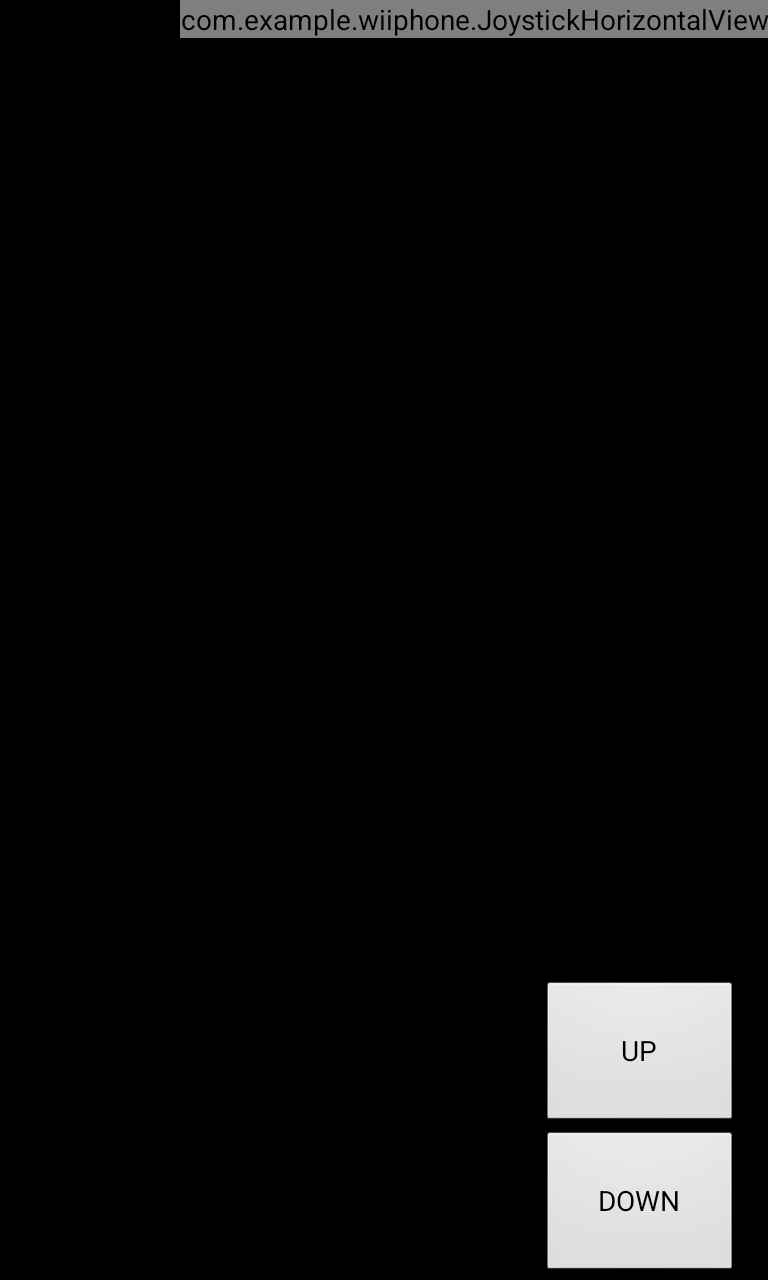
Repository: Malow/PhoneGame
Layout: Android/WiiPhone/res/layout/helicopter_main.xml
An editor plug-in stored every save of this project. The layout is shown before and after the next save, followed by the edit.
Pictures or frames that could not be fetched are drawn as grey boxes. It is drawn on a 768 x 1280 px phone screen (xhdpi) without system bars, with theme android:Theme.NoTitleBar.Fullscreen; the app's code is not run.

Above is the layout before, as saved 2013-04-22 14:13:57.

### Android/WiiPhone/res/layout/helicopter_main.xml
<?xml version="1.0" encoding="utf-8"?>
<RelativeLayout xmlns:android="http://schemas.android.com/apk/res/android"
    android:layout_width="fill_parent"
    android:layout_height="fill_parent"
    android:orientation="horizontal" >

    <com.example.wiiphone.HelicopterView
        android:id="@+id/helicopterview"
        android:layout_width="wrap_content"
        android:layout_height="wrap_content"
        android:layout_alignParentRight="true" />
    <com.example.wiiphone.JoystickHorizontalView
        android:id="@+id/joyview"
        android:layout_width="wrap_content"
        android:layout_height="wrap_content"
        android:layout_alignParentRight="true" />

    <Button
        android:id="@+id/button1"
        android:layout_width="wrap_content"
        android:layout_height="wrap_content"
        android:layout_alignParentBottom="true"
        android:layout_alignParentRight="true"
        android:layout_marginRight="14dp"
        android:height="75dp"
        android:text="@string/button_down"
        android:width="100dp" />

    <Button
        android:id="@+id/button2"
        android:layout_width="wrap_content"
        android:layout_height="wrap_content"
        android:layout_above="@+id/button1"
        android:layout_alignLeft="@+id/button1"
        android:height="75dp"
        android:text="@string/button_up"
        android:width="100dp" />

</RelativeLayout>

### Android/WiiPhone/res/values/strings.xml
<?xml version="1.0" encoding="utf-8"?>
<resources>

    <string name="app_name">WiiPhone</string>
    <string name="action_settings">Settings</string>
    <string name="hello_world">Hello world!</string>
    <string name="start_button_text">this button starts the program</string>
    <string name="choose_game_button_1">Star Chaser</string>
	<string name="choose_game_button_2">Labyrinth</string>
	<string name="choose_game_button_3">Game 3</string>
	<string name="button_up">UP</string>
	<string name="button_down">DOWN</string>
</resources>

After the next save:
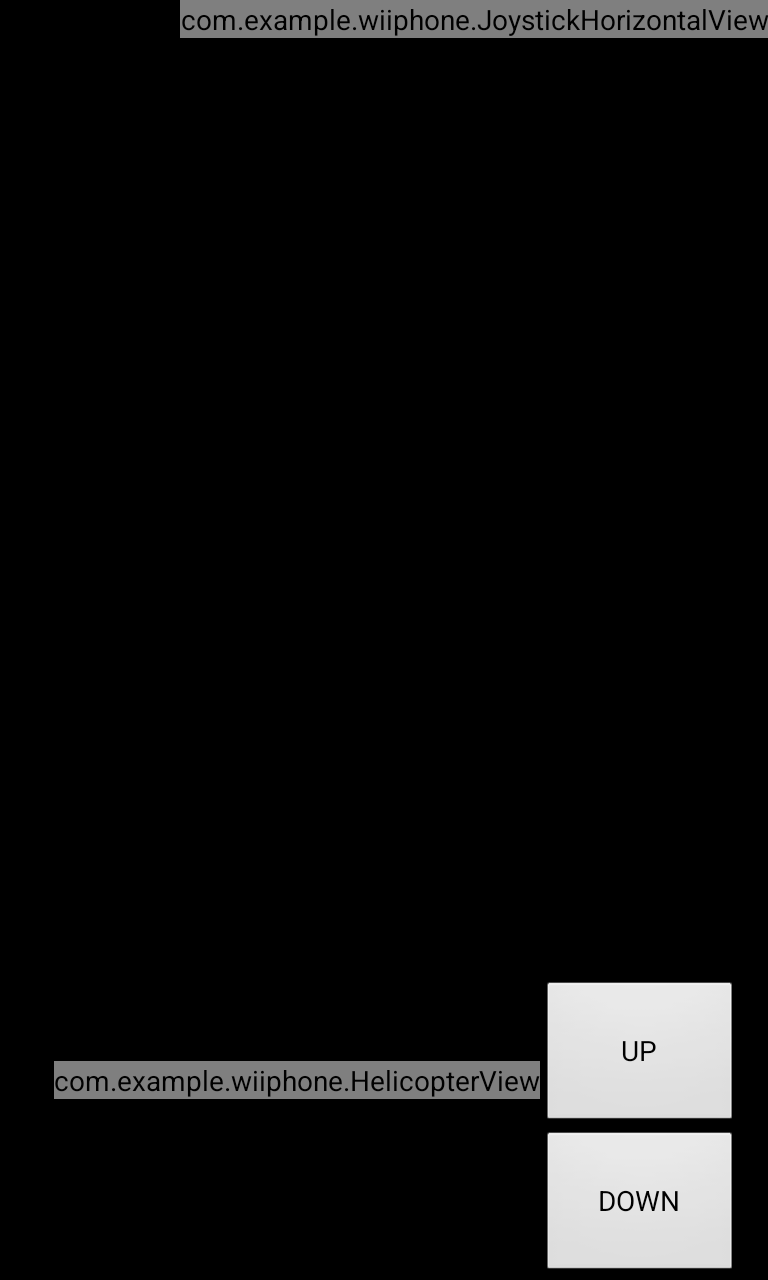
Saved 78 s later.
--- a/Android/WiiPhone/res/layout/helicopter_main.xml
+++ b/Android/WiiPhone/res/layout/helicopter_main.xml
@@ -3,12 +3,6 @@
     android:layout_width="fill_parent"
     android:layout_height="fill_parent"
     android:orientation="horizontal" >
-
-    <com.example.wiiphone.HelicopterView
-        android:id="@+id/helicopterview"
-        android:layout_width="wrap_content"
-        android:layout_height="wrap_content"
-        android:layout_alignParentRight="true" />
     <com.example.wiiphone.JoystickHorizontalView
         android:id="@+id/joyview"
         android:layout_width="wrap_content"
@@ -36,4 +30,12 @@
         android:text="@string/button_up"
         android:width="100dp" />
 
+    <com.example.wiiphone.HelicopterView
+        android:id="@+id/helicopterview"
+        android:layout_width="wrap_content"
+        android:layout_height="wrap_content"
+        android:layout_alignBaseline="@+id/button2"
+        android:layout_alignBottom="@+id/button2"
+        android:layout_toLeftOf="@+id/button2" />
+
 </RelativeLayout>
